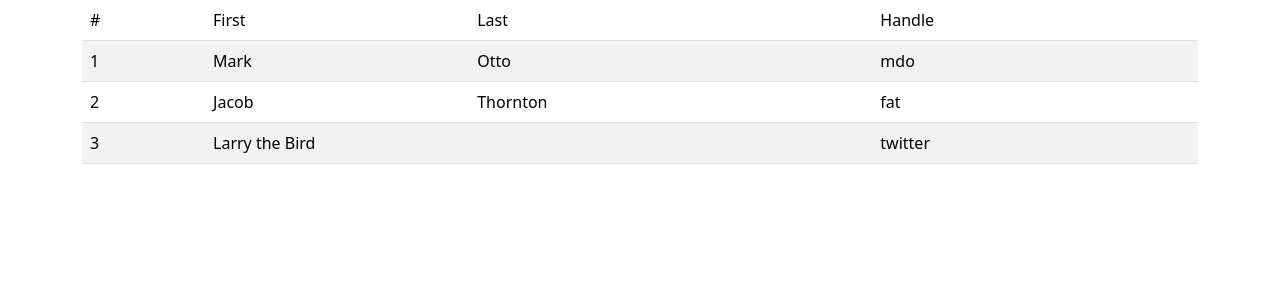
Repository: danghoanghai2k2/BeginAnguLar
Page: / (app in FirstAnGuLar/)
The author's editor kept a copy of each file at every save. The page is drawn from the files as they stood at one save, then again after the next save.
The browser window is 1280 px wide. The pictures show the whole page.
The project was rebuilt for these pictures with package versions that can differ from the ones it lists, and the page was loaded fresh each time. Also part of the build but not shown: FirstAnGuLar/angular.json.

Above is the page before, as saved 2024-06-05 19:54:07.

After the next save:
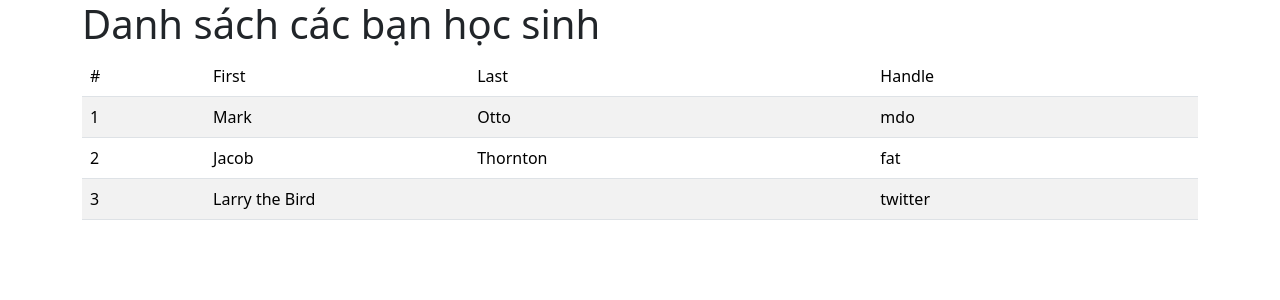
Saved 9 s later.
--- a/FirstAnGuLar/src/app/app.component.html
+++ b/FirstAnGuLar/src/app/app.component.html
@@ -1,4 +1,7 @@
 <div class="container">
+    <div class="header">
+        <h1>{{title}}</h1>
+    </div>
     <table class="table table-striped">
         <thead>
           <tr>
